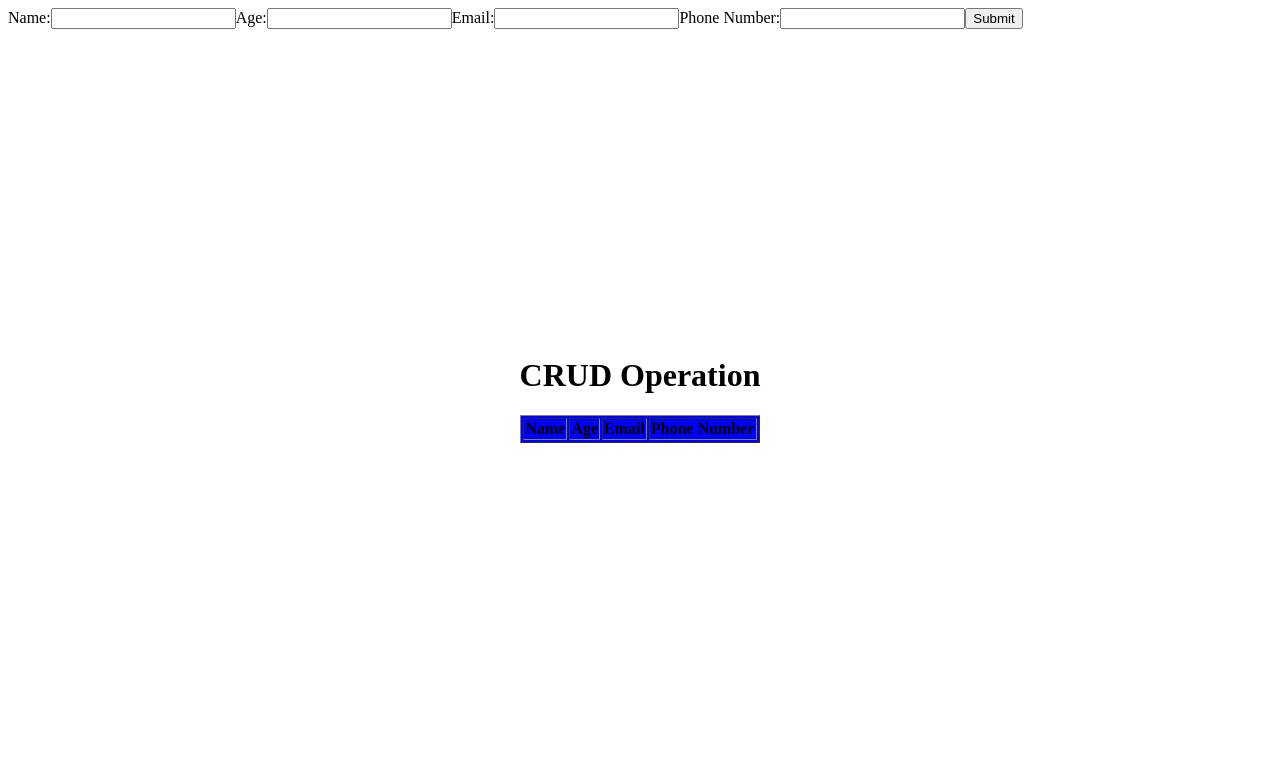
Repository: Josephkennedy603/CRUD-Operation
Page: /
An editor plug-in stored every save of this project. The page is shown before and after the next save, followed by the edit.
The browser window is 1280 px wide. The pictures show the whole page.
The page's requests for data from a server got no answer. The project was rebuilt for these pictures with package versions that can differ from the ones it lists, and the page was loaded fresh each time. No one was signed in, and anything a server would have sent is missing. Also part of the build but not shown: src/index.css.

Above is the page before, as saved 2024-03-09 23:16:38.

### src/index.js
import React from "react";
import ReactDOM from "react-dom/client";
import "./index.css";
import App from "./App";
import Create from "./create";

const root = ReactDOM.createRoot(document.getElementById("root"));
root.render(
  <div>
    <Create />
    <App />
  </div>
);

// If you want to start measuring performance in your app, pass a function
// to log results (for example: reportWebVitals(console.log))
// or send to an analytics endpoint. Learn more: https://bit.ly/CRA-vitals

### src/App.jsx
import { useState, useEffect } from 'react';
import {collection, getDocs} from 'firebase/firestore'
import {db} from './firebase'
import './App.css';

 export const  userCollectionRef =  collection(db,'record');

 console.log("user data1",userCollectionRef)

const App = () => {

  const [user,setUser] = useState([]);

  useEffect(()=>{
    const getUsers = async ()=> {
      const data = await getDocs(userCollectionRef);
      console.log("data 2", data);
      setUser(data.docs.map(doc => ({    // needs to clarify
        ...doc.data(),
        id: doc.id
      })));
    };
    console.log("user data3",user);
    getUsers();
  }, []);

console.log(user);

// const storeData =async () => {

//   const data ={
//     Name:name,
//     Age:age,
//     Email:email,
//     Pnumer:pnumber,
//   };

//   try{
//     const docRef = await addDoc(collection(db,"record"),data)
//   }
// catch(e){
//     console.log("unable to store the data",e)
// }

// console.log(data.name)

  return(
    <div className='main-container'>
    <h1>CRUD Operation</h1>
    {user.map(u => (
      <p key={u.id}>{u.Pnumber}</p>
    ))}
    <table border={1}>
    <tbody>
    <tr>
              <th>Name</th>
              <th>Age</th>
              <th>Email</th>
              <th>Phone Number</th>
    </tr>
      {
      user.map(u => {
        console.log(u)
        return (
         <tr key={u.id}>
          <td>{u.Name}</td>
          <td>{u.Age}</td>
          <td>{u.Email}</td>
          <td>{u.Pnumber}</td>
        </tr>)}
      )}
      </tbody>
    </table>
    </div>
  )
}

export default App;

### src/create.js
import React from "react";
import { useState } from "react";

const Create = () => {
  const [name, setName] = useState();
  const [age, setAge] = useState();
  const [email, setEmail] = useState();
  const [pnumber, setPnumber] = useState();

  return (
    <form action="">
      <label htmlFor="Name">Name:</label>
      <input
        name="Name:"
        type="text"
        onChange={(e) => setName(e.target.value)}
        required
      />

      <label htmlFor="Age">Age:</label>
      <input
        type="text"
        name="Age"
        onChange={(e) => setAge(e.target.value)}
        required
      />

      <label htmlFor="Email">Email:</label>
      <input type="Email" onChange={(e) => setEmail(e.target.value)} required />

      <label htmlFor="Phone Number">Phone Number:</label>
      <input
        type="number"
        name="Phone Number"
        onChange={(e) => setPnumber(e.target.value)}
        required
      />

      <input type="submit" />
    </form>
  );
};

export default Create;

### src/firebase.js
// Import the functions you need from the SDKs you need
import { initializeApp } from "firebase/app";
import { getFirestore } from "firebase/firestore";
// import { getAnalytics } from "firebase/analytics";

const firebaseConfig = {
  apiKey: "AIzaSyB6ZR0S_52AlqGIUs87cyuSaj7Dp9EP9nk",
  authDomain: "crud-operation-7754e.firebaseapp.com",
  projectId: "crud-operation-7754e",
  storageBucket: "crud-operation-7754e.appspot.com",
  messagingSenderId: "941097712371",
  appId: "1:941097712371:web:aad3664dddf0ff5721d586",
  measurementId: "G-CM49X6XD0N",
};

// Initialize Firebase
const app = initializeApp(firebaseConfig);
export const db = getFirestore(app);

export default app;

### src/App.css
.main-container {
  display: flex;
  flex-direction: column;
  justify-content: center;
  align-items: center;

  height: 100vh;
}

.main-container form {
  display: flex;
  flex-direction: column;
  justify-content: center;
  align-items: center;
}

* {
  color: black;
}

table {
  background-color: blue;
  color: red;
}

Loaded but not shown: public/index.html (common file)

After the next save:
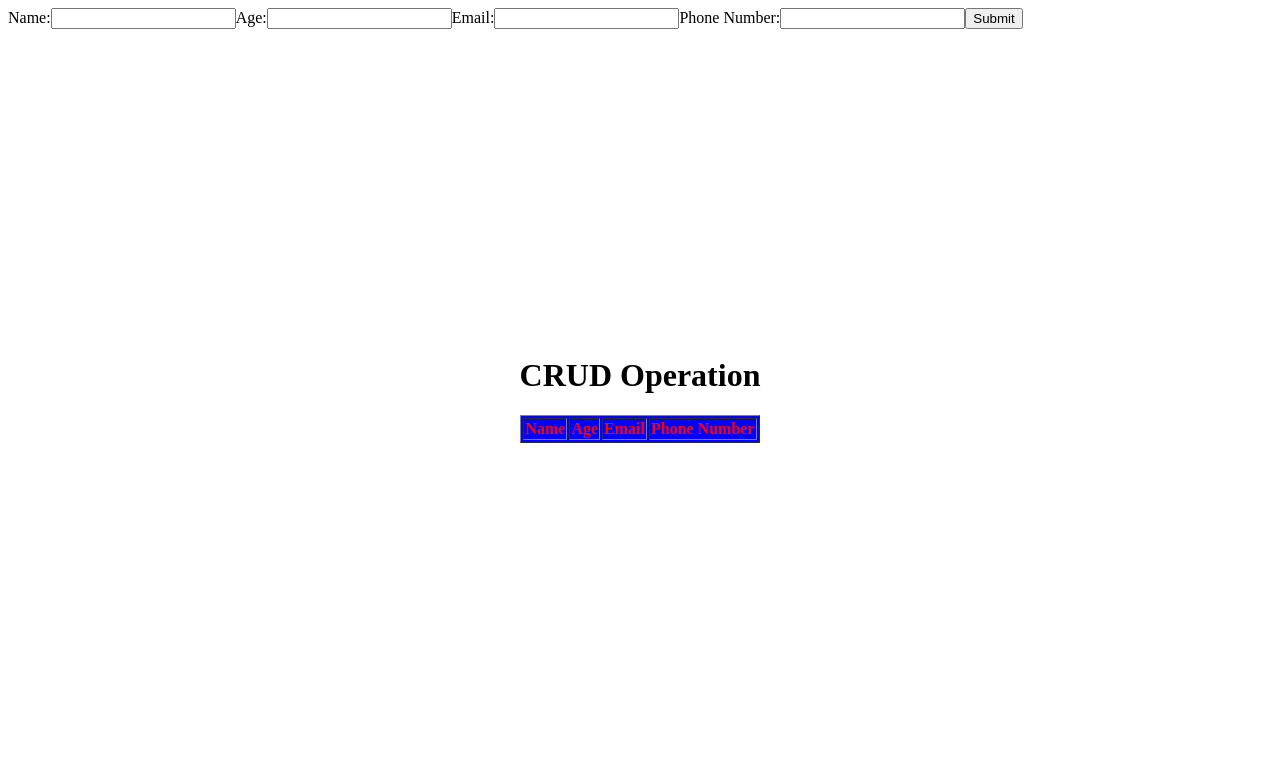
Saved 12 s later.
--- a/src/App.css
+++ b/src/App.css
@@ -14,10 +14,6 @@
   align-items: center;
 }
 
-* {
-  color: black;
-}
-
 table {
   background-color: blue;
   color: red;
